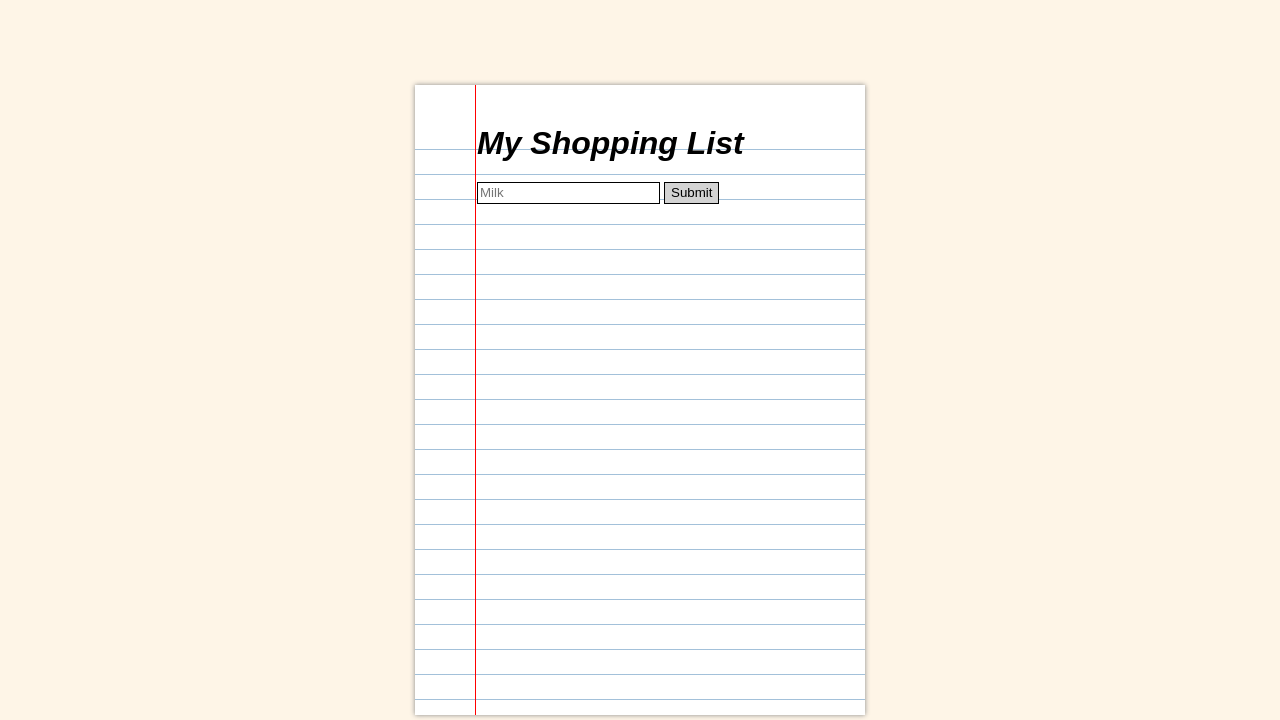
Repository: devashrisamani/js_projects-
Page: shopping-list-starter/index.html
An editor plug-in stored every save of this project. The page is shown before and after the next save, followed by the edit.
The browser window is 1280 px wide. The pictures show the whole page.

Above is the page before, as saved 2026-02-08 13:32:02.
Console error: ReferenceError: Cannot access 'updateItems' before initialization

### shopping-list-starter/index.html
<!doctype html>

<html lang="en">
  <head>
    <meta charset="utf-8" />
    <meta
      name="viewport"
      content="width=device-width, initial-scale=1, shrink-to-fit=no"
    />
    <title>Shopping List</title>
    <link rel="stylesheet" href="styles.css" />
  </head>

  <body>
    <div id="paper">
      <div id="content-area">
        <h1>My Shopping List</h1>
        <ul id="shopping-list-items"></ul>
        <div id="inputs">
          <div id="new-item-input">
            <input id="new-item-text" type="text" placeholder="Milk" />
            <input
              id="new-item-button"
              type="button"
              value="Submit"
              onclick="addItem()"
            />
          </div>
        </div>
      </div>
    </div>
    <script src="script.js"></script>
  </body>
</html>

### shopping-list-starter/styles.css
body {
    background-color: #fef5e7;
    font-family: serif;
    margin: 10px;
}

h1 {
    font-family: sans-serif;
}

#paper {
    position: absolute;
    height: 600px;
    width: 450px;
    margin: -275px -225px;
    left: 50%;
    top: 50%;
    background-color: #fff;
    color: #000;
    box-shadow: 0px 0px 5px 0px #888;
    padding-bottom: 30px;
}

#paper::before {
    content: "";
    position: absolute;
    height: 100%;
    left: 60px;
    width: 1px;
    background-color: red;
}

#content-area {
    margin-top: 40px;
    width: 100%;
    height: 580px;
    background-image: repeating-linear-gradient(
        white 0px,
        white 24px,
        steelblue 25px
    );
}

h1 {
    margin-bottom: 17px;
}

h1,
ul {
    margin-left: 62px;
    font-style: italic;
}

ul {
    padding-left: 0;
    line-height: 25px;
    margin-bottom: 0;
}

li {
    list-style: none;
    padding-left: 5px;
}

#inputs {
    margin: 0px 0 0 62px;
    line-height: 25px;
}

input {
    border: 1px solid #000;
}

input[type="text"] {
    height: 18px;
}

input[type="button"] {
    height: 22px;
    background-color: lightgray;
}

input[type="button"]:hover {
    box-shadow: 0px 0px 3px grey;
}

### shopping-list-starter/script.js
let shoppingListItems = ["milk", "eggs", "bread"];

const addItem = () => {
  let item = document.getElementById("new-item-text").value;
  shoppingListItems = [...shoppingListItems, item];
  updateItems();
};
updateItems();

const updateItems = () => {
  // First we get the list element
  let listElement = document.getElementById("shopping-list-items");
  // Then we clear it of any existing items
  listElement.innerHTML = "";

  // Then we loop through the shopping list items and add them to the list
  for (const shoppingItem of shoppingListItems) {
    let itemElement = document.createElement("li");
    itemElement.innerText = shoppingItem;
    listElement.appendChild(itemElement);
  }
};

After the next save:
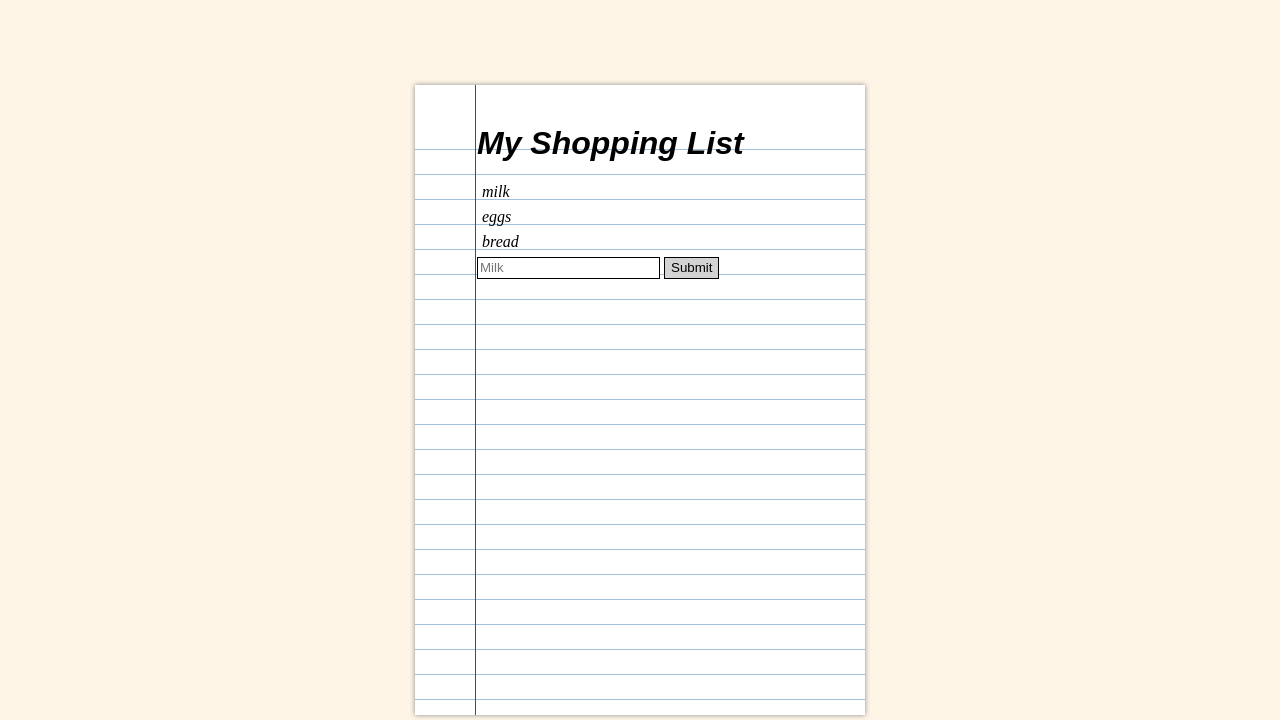
The error is gone.
Saved 11 s later.
--- a/shopping-list-starter/script.js
+++ b/shopping-list-starter/script.js
@@ -5,7 +5,6 @@ const addItem = () => {
   shoppingListItems = [...shoppingListItems, item];
   updateItems();
 };
-updateItems();
 
 const updateItems = () => {
   // First we get the list element
@@ -20,3 +19,5 @@ const updateItems = () => {
     listElement.appendChild(itemElement);
   }
 };
+
+updateItems();
